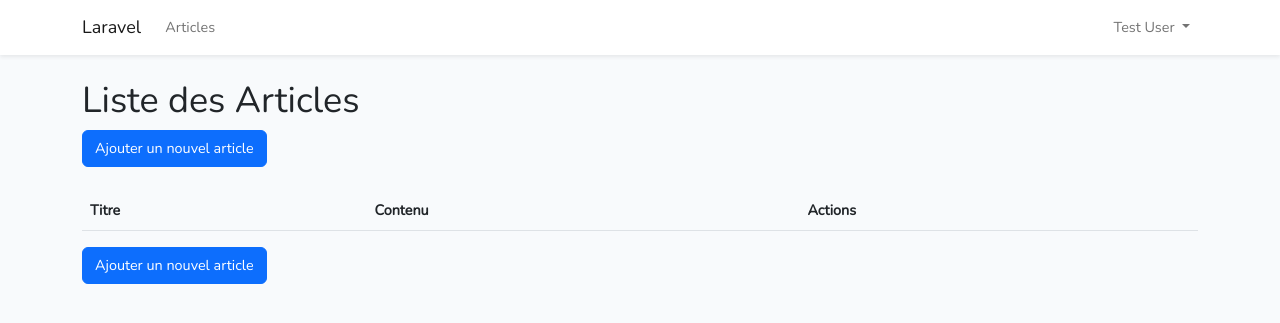
Repository: nihad-benaziz/gestion-des-articles-laravel-
Page: http://localhost/articles
These files come from the project's save history. The page is drawn as it stood at one moment and after the next save; the edit follows.
The browser window is 1280 px wide. The pictures show the whole page.
The page is served by the project's Laravel application, run on PHP 8.4 with Laravel 12. A made-up administrator, Test User (test@example.com), is signed in. Style sheets and scripts are compiled from the project's sources, by tool versions that may differ from the author's. Queries for data that is not in the repository find no rows.

Above is the page before, as saved 2024-11-08 20:48:47.

After the next save:
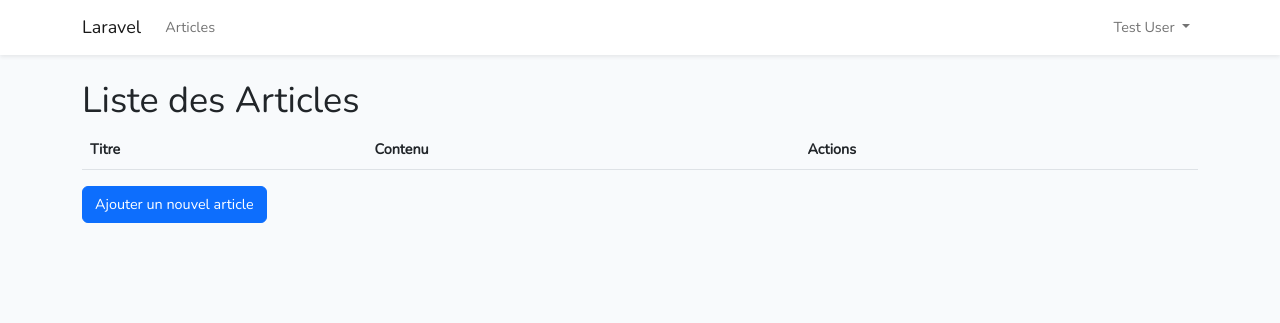
Saved 6 s later.
--- a/resources/views/articles/index.blade.php
+++ b/resources/views/articles/index.blade.php
@@ -5,9 +5,7 @@
     <h1>Liste des Articles</h1>
 
     <!-- Bouton pour ajouter un nouvel article -->
-    <div class="mb-4">
-        <a href="{{ route('articles.create') }}" class="btn btn-primary">Ajouter un nouvel article</a>
-    </div>
+
 
     <!-- Table des articles -->
     <table class="table">
